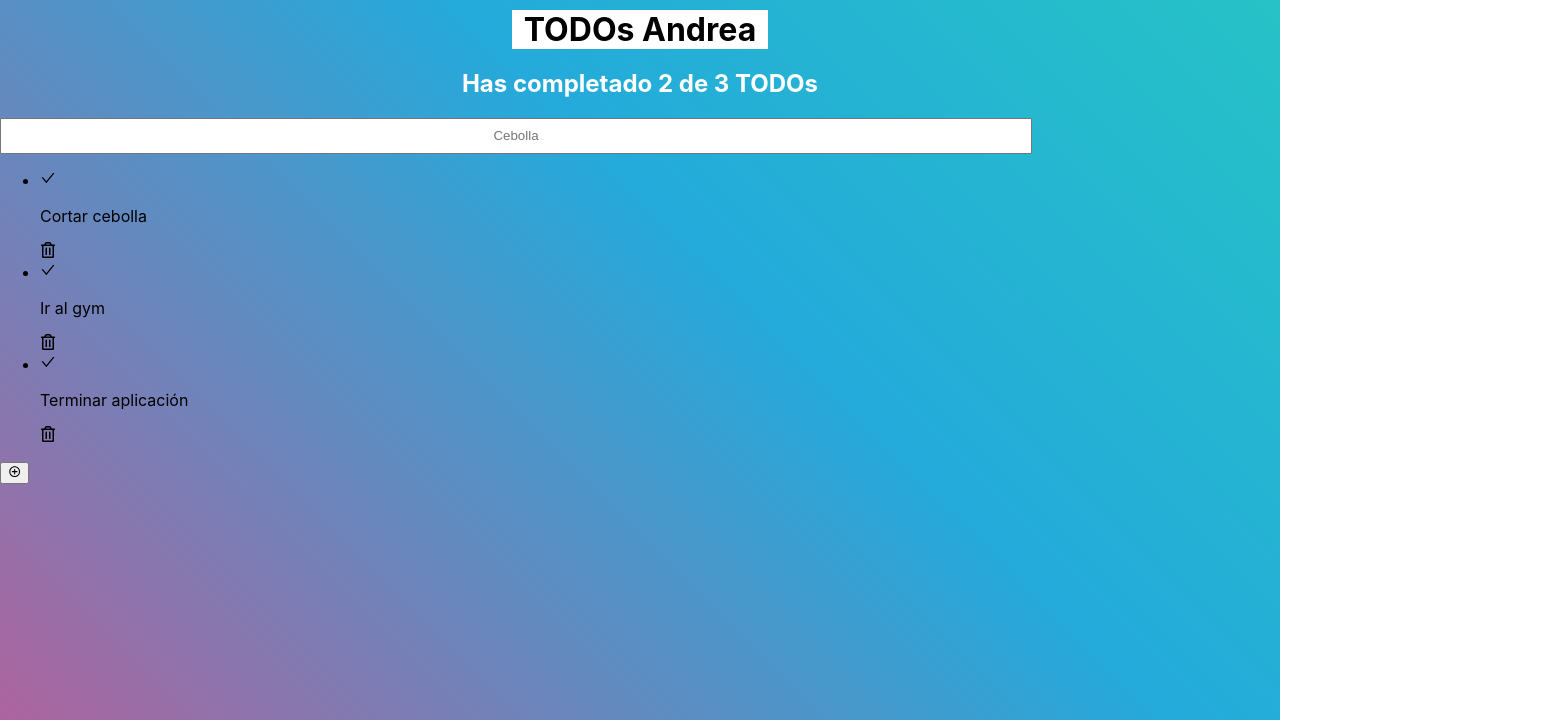
Repository: Pandrea-hub/TODOs
Page: /
These files come from the project's save history. The page is drawn as it stood at one moment and after a run of saves; the edit follows.
The browser window is 1280 px wide. The page is 1280 px wide, then 1544 px, so the pictures cover 1544 px, including what lies to the right of the window. The pictures show the whole page.
The project was rebuilt for these pictures with package versions that can differ from the ones it lists, and the page was loaded fresh each time. Also part of the build but not shown: src/TodoItem.css.

Above is the page before, as saved 2022-06-07 09:27:06.

### src/index.js
import React from 'react';
import ReactDOM from 'react-dom/client';
import './index.css';
import App from './App';


const root = ReactDOM.createRoot(document.getElementById('root'));
root.render(
  <App/>
);

### src/index.css
body {
  margin: 0;
  font-family: -apple-system, BlinkMacSystemFont, 'Segoe UI', 'Roboto', 'Oxygen',
    'Ubuntu', 'Cantarell', 'Fira Sans', 'Droid Sans', 'Helvetica Neue',
    sans-serif;
  -webkit-font-smoothing: antialiased;
  -moz-osx-font-smoothing: grayscale;
}

code {
  font-family: source-code-pro, Menlo, Monaco, Consolas, 'Courier New',
    monospace;
}

#root{
  width: 100%;
  height: 100%;
  position: absolute;
  background: linear-gradient(45deg,#F17C58, #E94584, #24AADB , #27DBB1,#FFDC18, #FF3706);
  background-size: 600% 100%;
  animation: gradient 16s linear infinite;
  animation-direction: alternate;
}

@keyframes gradient {
  0% {background-position: 0%}
  100% {background-position: 100%}
}

### src/App.js
//import './App.css';
import React from 'react';
import { TodoCounter } from './TodoCounter';
import { TodoItem } from './TodoItem';
import { CreateTodoButton } from './CreateTodoButton';
import { TodoList } from './TodoList';
import { TodoSearch } from './TodoSearch';


const todos = [
  {text: 'Cortar cebolla',completed: false},
  {text: 'Ir al gym',completed: false},
  {text: 'Terminar aplicación',completed: false},
]


function App() {
  return (
    <React.Fragment>
      <TodoCounter />
      <TodoSearch />


      <TodoList>
        {todos.map(todo =>(
          <TodoItem key={todo.text} text={todo.text} completed={todo.completed}/>
        ))}
      </TodoList>
      <CreateTodoButton />
    </React.Fragment>

  );
}

export default App;

### src/TodoCounter.js
import React from 'react';
import './TodoCounter.css';

function TodoCounter(){
    return (
        <div className='title'>
            <h1>TODOs Andrea</h1>
            <h2 className='TodoCounter'>Has completado 2 de 3 TODOs</h2>
        </div>
    );
}

export { TodoCounter };

### src/TodoItem.js
import React from 'react';
import './TodoItem.css';
import {AiOutlineCheck} from 'react-icons/ai';
import {FaRegTrashAlt} from 'react-icons/fa';

function TodoItem(props){
    return (
        <li className='TodoItem'>
            <span className={`Icon Icon-check ${props.completed && 'Icon-check--activate' }`}>
                <AiOutlineCheck />
            </span>
            <p className={`TodoItem-p ${props.completed && 'TodoItem-p--complete'}`}>
                {props.text}
            </p>
            <span className='Icon Icon-delete'>
               <FaRegTrashAlt />
            </span>
        </li>
    );

}

export {TodoItem};

### src/CreateTodoButton.js
import React from 'react';
import {IoMdAddCircleOutline} from 'react-icons/io';

function CreateTodoButton(props){
    return(
        <button>
            <IoMdAddCircleOutline />
        </button>
    );
}

export {CreateTodoButton};

### src/TodoList.js
import React from "react";


function TodoList(props){
    return(
        <section>
            <ul>
                {props.children}
            </ul>
        </section>

    );
}


export {TodoList};

### src/TodoSearch.js
import React from 'react';
import './TodoSearch.css';

function TodoSearch(){
    return(
        <input placeholder="Cebolla" />
    );
}

export { TodoSearch};

### src/TodoCounter.css
.title{
    text-align: center;
    color:white;
}

.title h1{
    color:black;
    background-color:white;
    width: 20%;
    margin: 10px auto;
}

@media screen and (max-width:800px) {
    .title h1{
        width: 50%;
    }
}

### src/TodoSearch.css
input {
    outline: none;
    width: 80%;
    height: 30px;
    margin: 0 auto;
    text-align: center;
}

Loaded but not shown: public/index.html (common file)

After the next 2 saves:
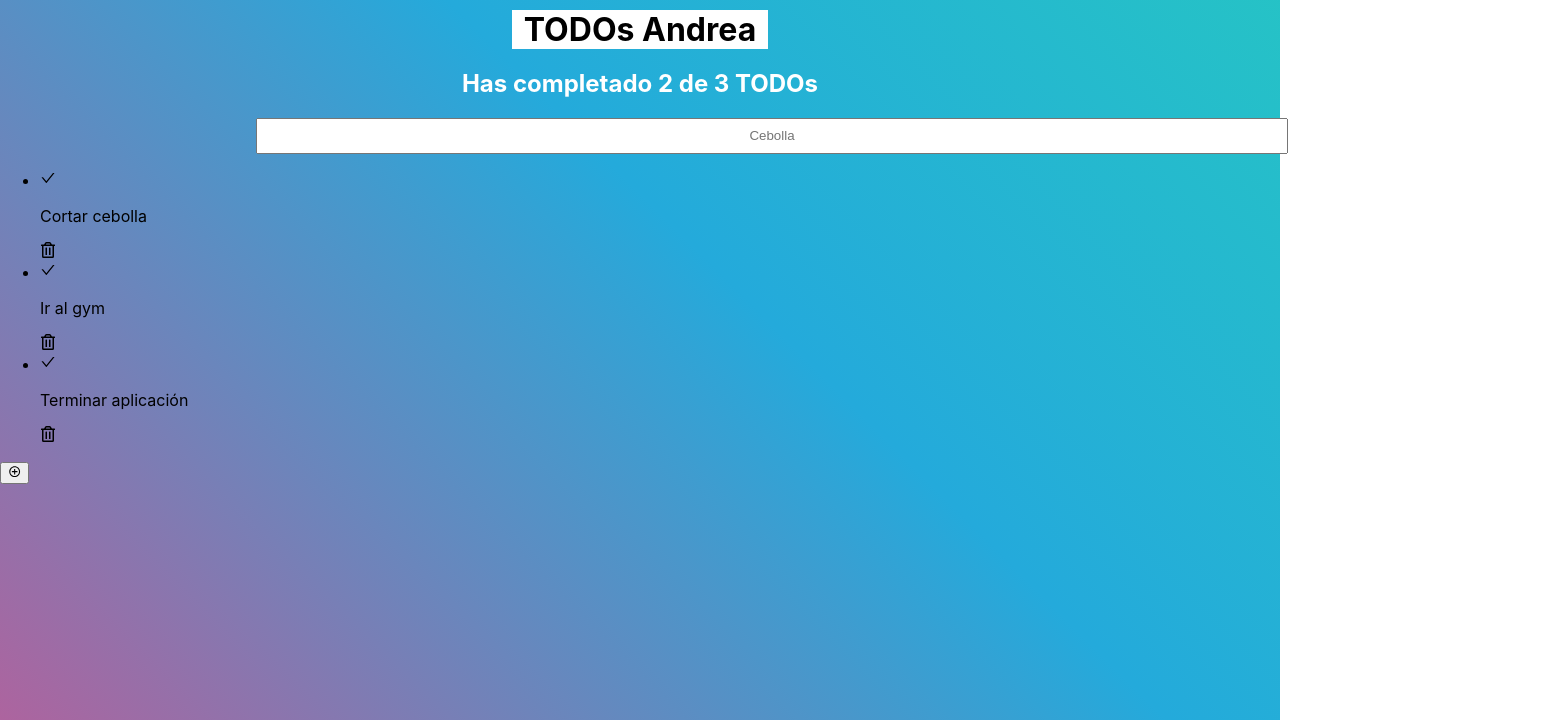
The 2 saves are shown as one change because they came seconds apart.
The last was saved 18 s later.
--- a/src/TodoSearch.css
+++ b/src/TodoSearch.css
@@ -2,6 +2,6 @@ input {
     outline: none;
     width: 80%;
     height: 30px;
-    margin: 0 auto;
+    margin: 0 20%;
     text-align: center;
 }
